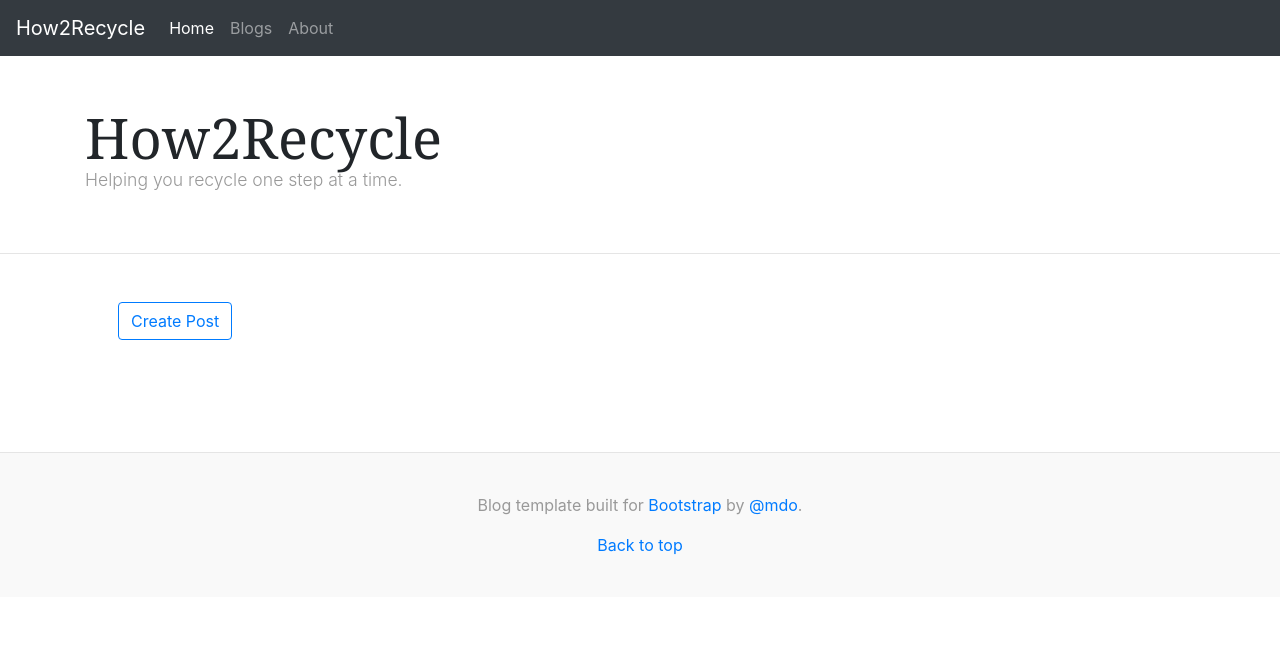
Repository: AshokSasi/CopyNPasta-Recycle-App
Page: http://localhost/posts/index
The author's editor kept a copy of each file at every save. The page is drawn from the files as they stood at one save, then again after the next save.
The browser window is 1280 px wide. The pictures show the whole page.
The page is served by the project's Laravel application, run on PHP 8.4 with Laravel 8. Queries for data that is not in the repository find no rows.

Above is the page before, as saved 2021-09-25 15:11:28.

After the next save:
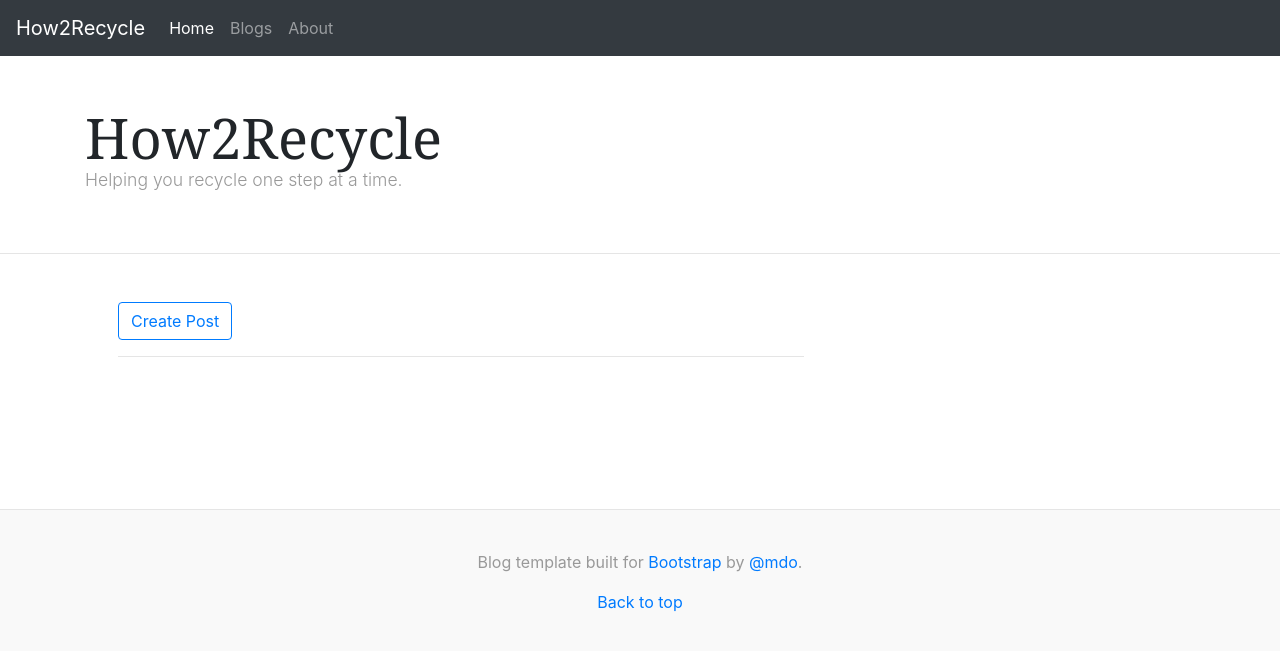
Saved 70 s later.
--- a/resources/views/posts/index.blade.php
+++ b/resources/views/posts/index.blade.php
@@ -6,6 +6,8 @@
 
         <div class="col-md-8 blog-main">
           <a class="btn btn-outline-primary" href="/posts/create">Create Post</a>
+          <hr/>
+          <br/>
 
           @foreach ($posts as $post)
 

After the save that followed:
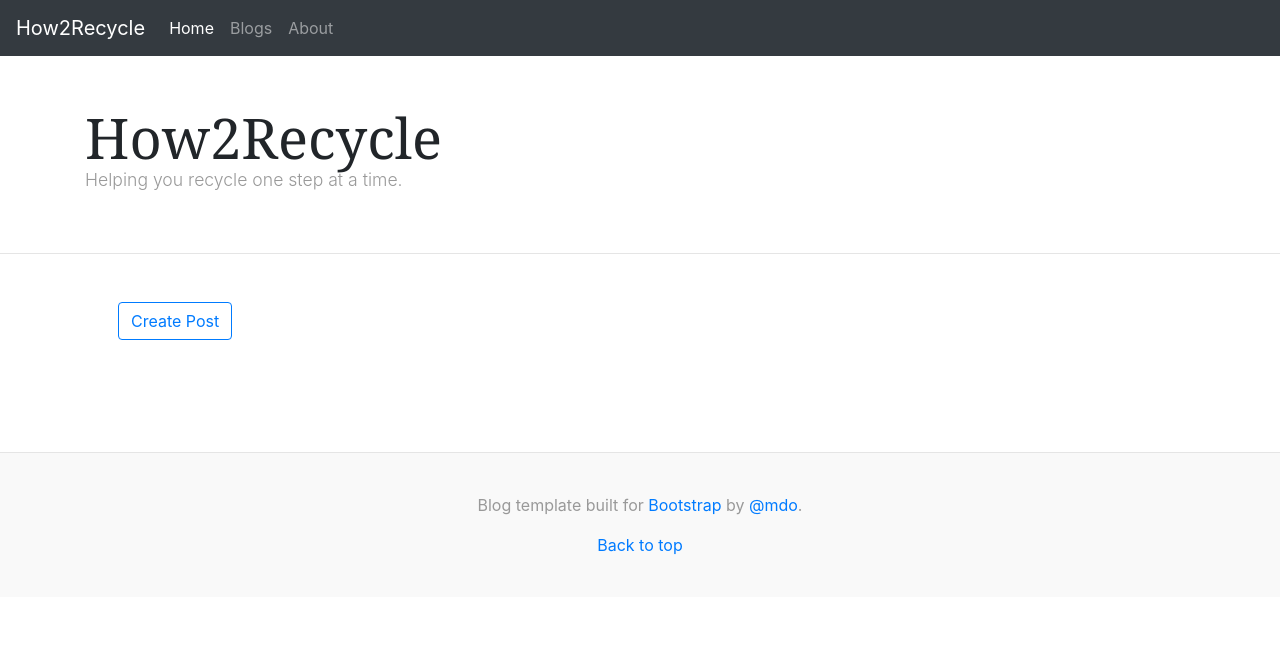
Saved 16 s later.
--- a/resources/views/posts/index.blade.php
+++ b/resources/views/posts/index.blade.php
@@ -6,7 +6,6 @@
 
         <div class="col-md-8 blog-main">
           <a class="btn btn-outline-primary" href="/posts/create">Create Post</a>
-          <hr/>
           <br/>
 
           @foreach ($posts as $post)
